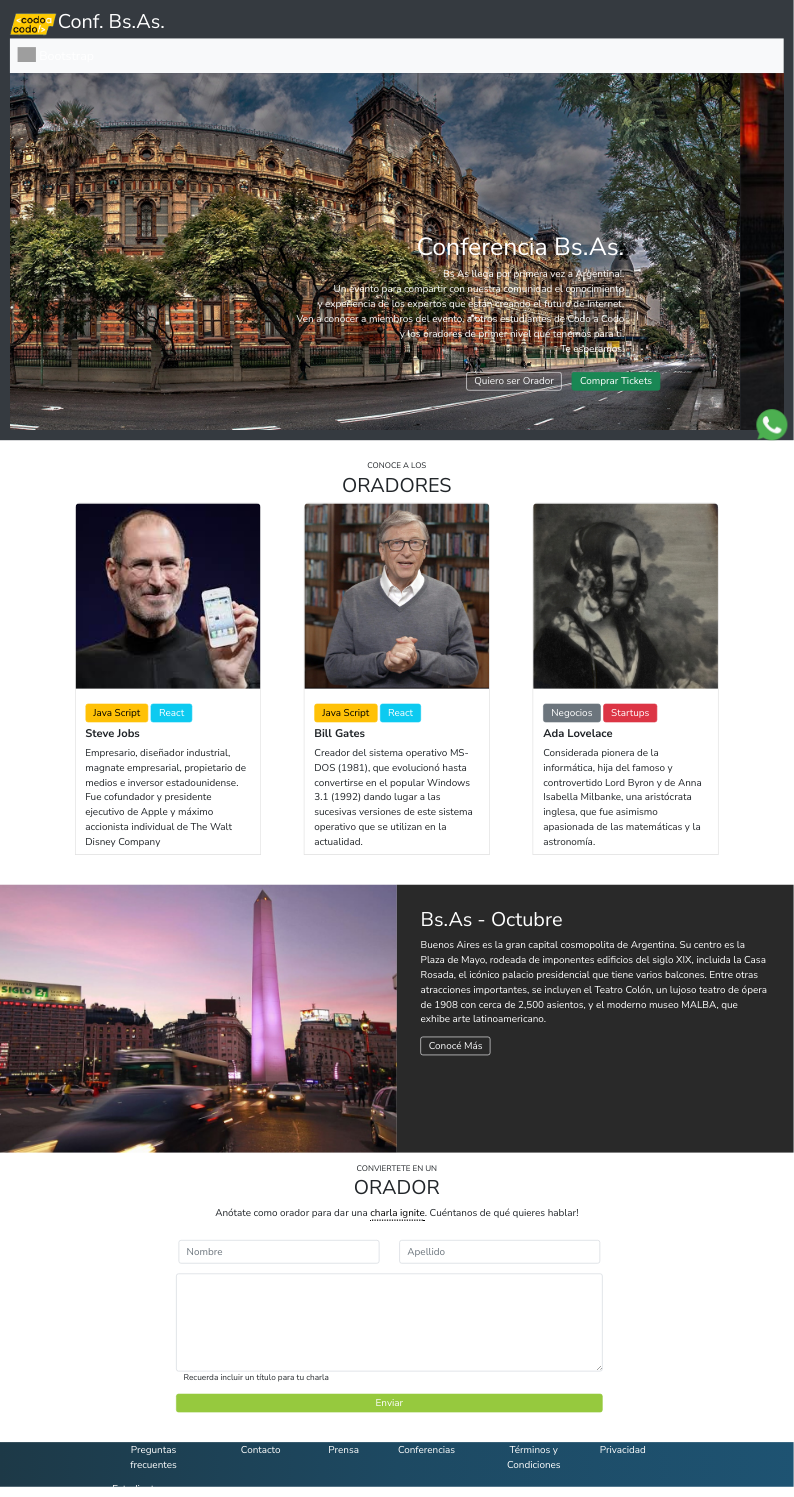
Repository: Melire/trabajo-final-BS
Page: index.html
The author's editor kept a copy of each file at every save. The page is drawn from the files as they stood at one save, then again after a run of saves.
The browser window is 1280 px wide. The pictures show the whole page, at 62% of full size.
Pictures or frames that could not be fetched are drawn as grey boxes.

Above is the page before, as saved 2023-05-11 18:32:01.

### index.html
<!DOCTYPE html>
<html lang="es">

<head>
    <meta charset="UTF-8">
    <meta http-equiv="X-UA-Compatible" content="IE=edge">
    <meta name="viewport" content="width=device-width, initial-scale=1.0">
    <title>Proyecto Melisa Renovales Wolcan</title>
    <link rel="shortcut icon" href="favicon.ico" type="image/x-icon">
    <link href="https://cdn.jsdelivr.net/npm/bootstrap@5.0.2/dist/css/bootstrap.min.css" rel="stylesheet"
        integrity="sha384-EVSTQN3/azprG1Anm3QDgpJLIm9Nao0Yz1ztcQTwFspd3yD65VohhpuuCOmLASjC" crossorigin="anonymous">
    <link rel="stylesheet" href="./css/estilos3.css">

</head>

<body>
    <header class="header">
        <div class="headerNav">
            <div class="contenedorLogo">
                <a href="https://www.buenosaires.gob.ar/educacion/codo-codo" target="_blank">
                    <img src="./assets/img/codoacodo.png" alt="Logo">
                </a>
                <h2>Conf. Bs.As.</h2>
            </div>
            <!--barra de navegacion BS-->
            <nav>
                <nav class="navbar navbar-dark bg-light">
                    <div class="container-fluid">
                      <a class="navbar-brand" href="#">
                        <img src="/docs/5.0/assets/brand/bootstrap-logo.svg" alt="" width="30" height="24" class="d-inline-block align-text-top">
                        Bootstrap
                      </a>
                    </div>
                  </nav>
                <!--
                <ul class="nav">
                    <li class="nav-item">
                        <a class="nav-link active" aria-current="page" href="#laConferencia">La Conferencia</a>
                    </li>
                    <li class="nav-item">
                        <a class="nav-link" href="#losOradores">Los Oradores</a>
                    </li>
                    <li class="nav-item">
                        <a class="nav-link" href="#lugarYfecha">Lugar y La Fecha</a>
                    </li>
                    <li class="nav-item">
                        <a class="nav-link" href="#convierteteEnOrador">Conviértete en Orador</a>
                    </li>
                    <a class="nav-link color" href="./pages/comprar_tickets.html">Comprar tickets</a>
                    </li>
                </ul>
            </nav>

        </div>-->
        <!--comportamientos carrousel BS-->
        <section id="laConferencia" class="contenedorCarousel">
            <div id="carouselExampleCaptions" class="carousel slide" data-bs-ride="carousel">
                <div class="carousel-indicators">
                    <div class="carouselNone">
                        <button type="button" data-bs-target="#carouselExampleCaptions" data-bs-slide-to="0"
                            class="active" aria-current="true" aria-label="Slide 1"></button>
                        <button type="button" data-bs-target="#carouselExampleCaptions" data-bs-slide-to="1"
                            aria-label="Slide 2"></button>
                        <button type="button" data-bs-target="#carouselExampleCaptions" data-bs-slide-to="2"
                            aria-label="Slide 3"></button>
                    </div>

                    <!--botones carrousel-->
                    <nav class="container">
                        <div class="botonesCabecera">
                            <a href="#convierteteEnOrador" button type="button" class="btn btn-outline-light">Quiero ser
                                Orador</a>
                            <div class="botonTickets">
                                <a href="./pages/comprar_tickets.html" button type="button"
                                    class="btn btn-success">Comprar
                                    Tickets</a>
                            </div>
                        </div>
                    </nav>
                </div>
                <!--textos y fotos carrousel BS-->
                <div class="carousel-inner">
                    <div class="carousel-item active">
                        <img src="./assets/img/ba1.jpg" class="d-block w-100" alt="Palacio del agua">
                        <div class="carousel-caption d-none d-md-block">
                            <h5 class="texto"> Conferencia Bs.As.</h5>
                            <p> Bs As llega por primera vez a Argentina!.<br /> Un evento para compartir con nuestra
                                comunidad el conocimiento<br /> y experiencia de los expertos que están creando el
                                futuro de Internet.<br />
                                Ven a conocer a miembros del evento, a otros estudiantes de Codo a Codo<br /> y los
                                oradores de primer nivel que tenemos para ti.<br />Te esperamos!</p>
                        </div>
                    </div>
                    <div class="carousel-item">
                        <img src="./assets/img/ba2.jpg" class="d-block w-100" alt="obelisco">
                        <div class="carousel-caption d-none d-md-block">
                            <h5 class="texto">Paseos en bus</h5>
                            <p>Tenemos la mejor selección de tours en español en Argentina<br />
                                ¡y al mejor precio! Descubre todo lo que puedes hacer en la Ciudad de Buenos
                                Aires!<br />
                                Veni a conocer un mágico Buenos Aires<br /> Te invitamos a conocer las costumbres y
                                gastronomía de la vida porteña de antaño</p>
                        </div>
                    </div>
                    <div class="carousel-item">
                        <img src="./assets/img/ba3.jpg" class="d-block w-100" alt="Diagonal sur">
                        <div class="carousel-caption d-none d-md-block">
                            <h5 class="texto">Visitas guiadas en edificios históricos</h5>
                            <p>En nuestras caminatas guiadas,<br /> recorremos los edificios mas hermosos de la
                                ciudad,<br /> llenos de histrorias y misterios.<br /> No te lo pierdas!</p>
                        </div>
                    </div>
                </div>

                <button class="carousel-control-prev" type="button" data-bs-target="#carouselExampleCaptions"
                    data-bs-slide="prev">
                    <span class="carousel-control-prev-icon" aria-hidden="true"></span>
                    <span class="visually-hidden">Previous</span>
                </button>
                <button class="carousel-control-next" type="button" data-bs-target="#carouselExampleCaptions"
                    data-bs-slide="next">
                    <span class="carousel-control-next-icon" aria-hidden="true"></span>
                    <span class="visually-hidden">Next</span>
                </button>
            </div>
        </section>
    </header>

    <!--Oradores BS-->
    <main>
        <section id="losOradores" class="sectionOradores">
            <h2><span class=tituloCh>CONOCE A LOS</span> <br> ORADORES</h2>
            <div class="padreCards">
                <div class="container row row-cols-1 row-cols-md-3 g-3">
                    <div class="col">
                        <div class="card h-100">
                            <img src="./assets/img/steve.jpg" class="card-img-top" alt="Steve Jobs">
                            <div class="buttonsCard">
                                <button type="button" class="btn btn-warning">Java Script</button>
                                <button type="button" class="btn btn-info">React</button>

                            </div>

                            <div class="card-body">
                                <h5 class="card-title"><span>Steve Jobs</span></h5>
                                <p class="card-text">Empresario, diseñador industrial, magnate empresarial, propietario
                                    de medios e inversor
                                    estadounidense. Fue cofundador y presidente ejecutivo de Apple​ y máximo accionista
                                    individual de The Walt Disney Company</p>
                            </div>
                        </div>
                    </div>

                    <div class="col">
                        <div class="card h-100">
                            <img src="./assets/img/bill.jpg" class="card-img-top" alt="Bill Gates">
                            <div class="buttonsCard">
                                <button type="button" class="btn btn-warning">Java Script</button>
                                <button type="button" class="btn btn-info">React</button>
                            </div>
                            <div class="card-body">
                                <h5 class="card-title">Bill Gates</h5>
                                <p class="card-text">Creador del sistema operativo MS-DOS (1981), que evolucionó hasta
                                    convertirse en el popular
                                    Windows 3.1 (1992) dando lugar a las sucesivas versiones de este sistema operativo
                                    que se
                                    utilizan en la actualidad.</p>
                            </div>
                        </div>
                    </div>
                    <div class="col">
                        <div class="card h-100">
                            <img src="./assets/img/ada.jpeg" class="card-img-top" alt="Ada Lovelace">
                            <div class="buttonsCard">
                                <button type="button" class="btn btn-secondary">Negocios</button>
                                <button type="button" class="btn btn-danger">Startups</button>
                            </div>
                            <div class="card-body">
                                <h5 class="card-title">Ada Lovelace</h5>
                                <p class="card-text">Considerada pionera de la informática, hija del famoso y
                                    controvertido Lord Byron y de Anna
                                    Isabella Milbanke, una aristócrata inglesa, que fue asimismo apasionada de las
                                    matemáticas y
                                    la astronomía.</p>
                            </div>
                        </div>
                    </div>
                </div>
            </div>
        </section>
        <section id="lugarYfecha" class="container-fluid">
            <div class="row">
                <div class="col-sm-12 col-md-6 colIzq">

                </div>
                <div class="col-sm-12 col-md-6 colDer">
                    <h2>Bs.As - Octubre</h2>
                    <p>Buenos Aires es la gran capital cosmopolita de Argentina. Su centro es la Plaza de Mayo, rodeada
                        de imponentes edificios del siglo XIX, incluida la Casa Rosada, el icónico palacio presidencial
                        que tiene varios balcones. Entre otras atracciones importantes, se incluyen el Teatro Colón, un
                        lujoso teatro de ópera de 1908 con cerca de 2,500 asientos, y el moderno museo MALBA, que exhibe
                        arte latinoamericano.</p>
                    <a href=""><button type="button" class="btn btn-outline-light">Conocé Más</button></a>
                </div>
        </section>

        <!--Formulario Orador-->
        <section id="convierteteEnOrador" class="formularioOrador container row-cols-1">
            <form>
                <h2><span class="tituloCh"> CONVIERTETE EN UN </span> <br> ORADOR</h2>
                <p>Anótate como orador para dar una <a href="" class="charla">charla ignite</a>.
                    Cuéntanos de qué quieres hablar!</p>

                <div class="mb-3">
                    <div class="datosUser container row ">
                        <div class="imputName col-sm-12  col-md-6 col-lg-4">
                            <input type="text" class="form-control" id="Nombre" placeholder="Nombre">
                        </div>
                        <div class="imputName col-sm-12  col-md-6 col-lg-4">
                            <input type="text" class="form-control" id="Apellido" placeholder="Apellido">
                        </div>

                        <div class="container row col-sm-12  col-md-8 col-lg-8">
                            <textarea class="form-control " id="exampleFormControlTextarea1" rows="6"
                                placeholder="Sobre que quieres hablar?">
                            </textarea>
                                <p class="finalForm">Recuerda incluir un título para tu charla</p>
                        </div>

                            <div class="d-grid gap-2 col-sm-12  col-md-8 col-lg-8">
                                <button class="btn btn-success-color">Enviar</button>
                            </div>
                    </div>
                </div>

            </form>

        </section>
    </main>


    <!--footer BS-->
    <footer class="footer container-fluid mt-5">
        <div class="contenedorFooter row text-center gap-3 w-75 h-100 mx-auto">
            <a class="col-sm-12 col-md-2" href="#Preguntas frecuentes">Preguntas frecuentes</a>
            <a class="col-sm-12 col-md-2" href="#contacto">Contacto</a>
            <a class="col-sm-12 col-md-1" href="#prensa">Prensa</a>
            <a class="col-sm-12 col-md-2" href="#conferencias">Conferencias</a>
            <a class="col-sm-12 col-md-2" href="#condiciones">Términos y Condiciones</a>
            <a class="col-sm-12 col-md-1" href="#privacidad">Privacidad</a>
            <a class="col-sm-12 col-md-1" href="#estudiantes">Estudiantes</a>
        </div>
        <a href=""><img class="wsp" src="./assets/img/whatsapp.png" alt="what"></a>
    </footer>
    <script src="https://cdn.jsdelivr.net/npm/bootstrap@5.0.2/dist/js/bootstrap.bundle.min.js"
        integrity="sha384-MrcW6ZMFYlzcLA8Nl+NtUVF0sA7MsXsP1UyJoMp4YLEuNSfAP+JcXn/tWtIaxVXM"
        crossorigin="anonymous"></script>
</body>

</html>

Loaded but not shown: css/estilos3.css (638 lines, source omitted)

After the next 2 saves:
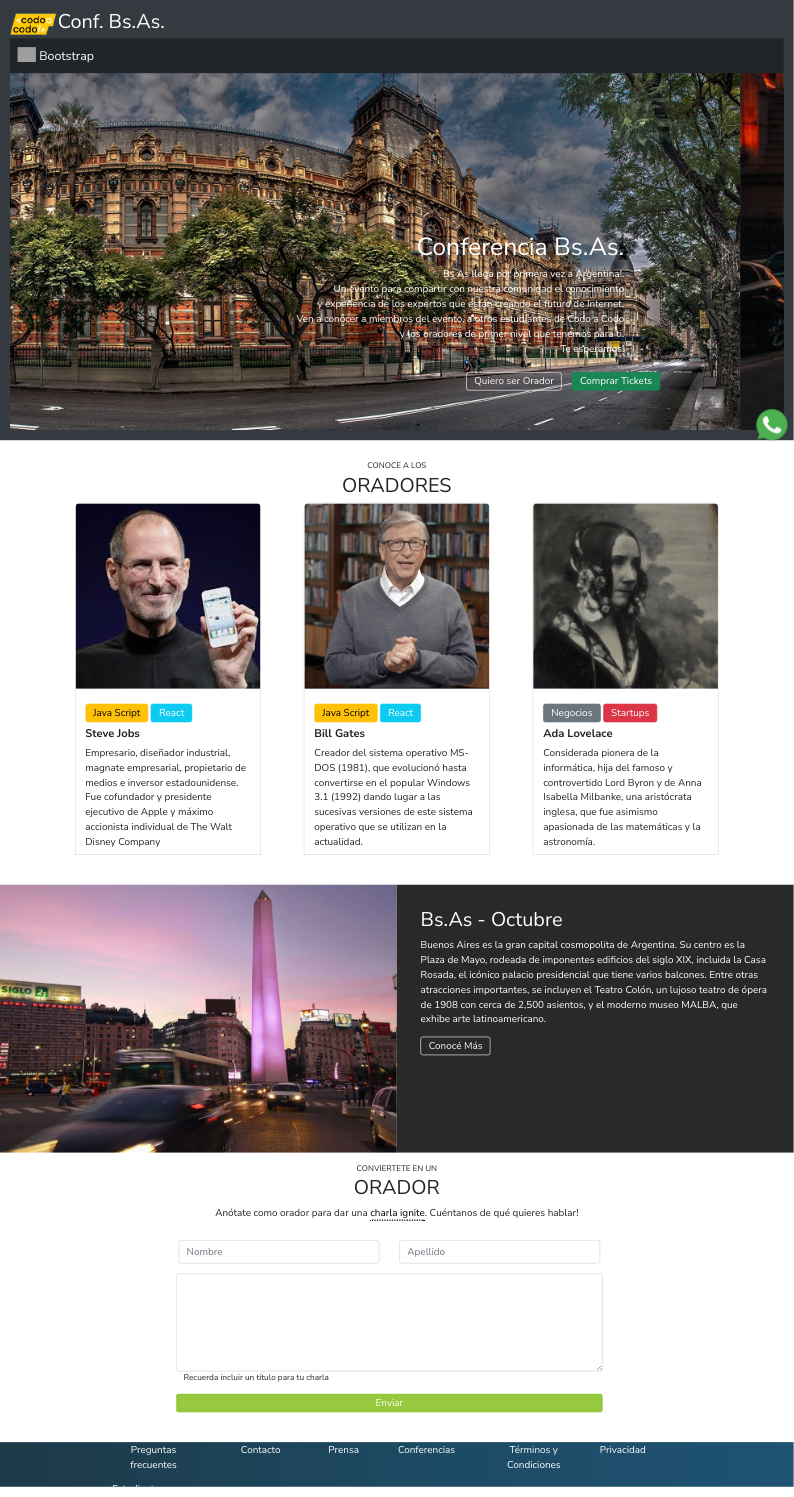
The 2 saves are shown as one change because they came seconds apart.
The last was saved 6 s later.
--- a/index.html
+++ b/index.html
@@ -24,7 +24,7 @@
             </div>
             <!--barra de navegacion BS-->
             <nav>
-                <nav class="navbar navbar-dark bg-light">
+                <nav class="navbar navbar-dark bg-dark">
                     <div class="container-fluid">
                       <a class="navbar-brand" href="#">
                         <img src="/docs/5.0/assets/brand/bootstrap-logo.svg" alt="" width="30" height="24" class="d-inline-block align-text-top">
